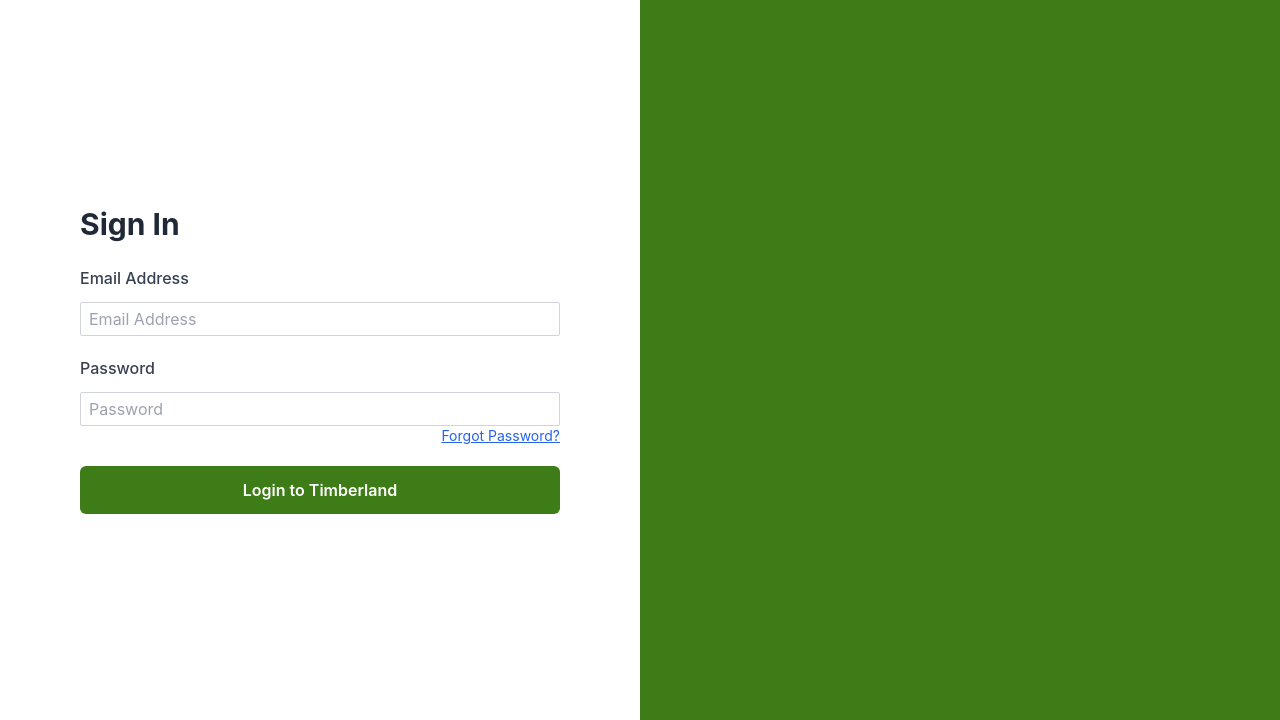
Repository: issah-gaisie/timber
Page: /
These files come from the project's save history. The page is drawn as it stood at one moment and after a run of saves; the edit follows.
The browser window is 1280 px wide. The pictures show the whole page.
The project was rebuilt for these pictures with package versions that can differ from the ones it lists, and the page was loaded fresh each time. Also part of the build but not shown: src/App.css, src/components/Signup.js, src/components/Signup/PersonalDetails.js, src/components/Signup/AddressInfo.js, src/components/Signup/ImageFiles.js, src/components/Signup/PasswordSent.js, src/components/PasswordReset.js.

Above is the page before, as saved 2022-03-07 07:37:19.

After the next 2 saves:
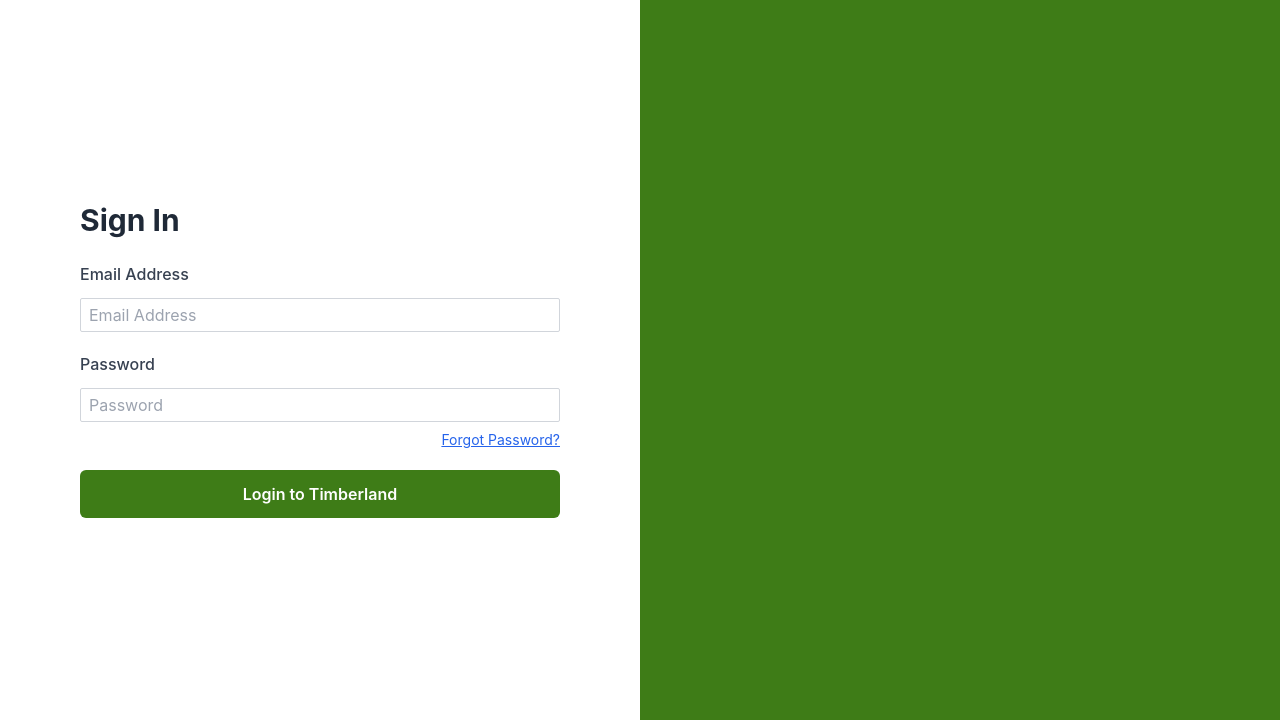
The 2 saves are shown as one change because they came seconds apart.
The last was saved 7 s later.
--- a/src/components/Login.js
+++ b/src/components/Login.js
@@ -40,7 +40,7 @@
           Password
         </span>
         <Input placeholder="Password" type="password" />
-        <Link to="password-reset" className="self-end text-sm text-blue-600 underline ">Forgot Password?</Link>
+        <Link to="password-reset" className="self-end text-sm text-blue-600 underline mt-2 ">Forgot Password?</Link>
       </label>
       <button
         type="submit"
